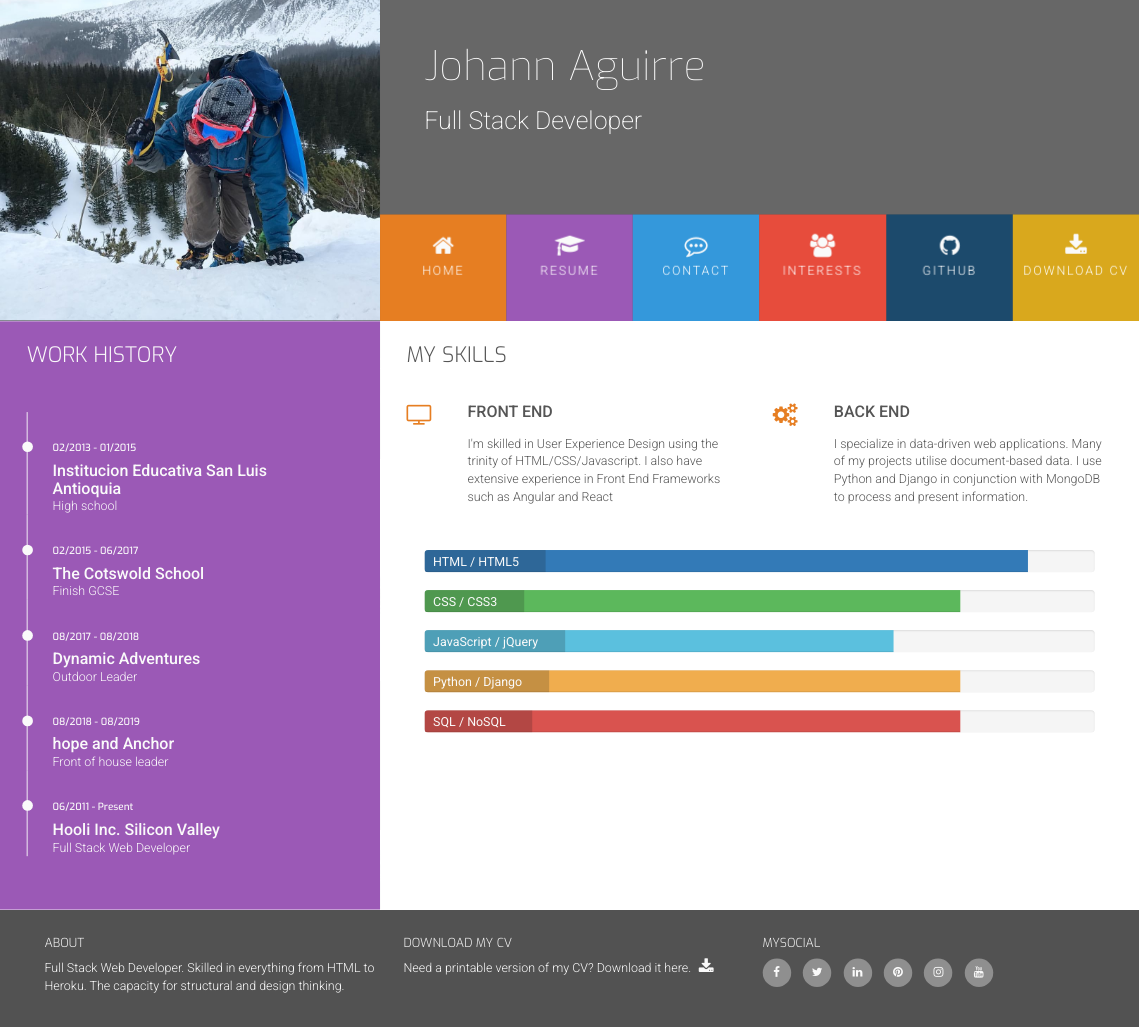
Repository: cachimiro/cv
Page: GoogleMaps-master/05-moving_the_code_into_its_own_script/resume.html
The author's editor kept a record of every edit. The page is drawn from the files as they stood at one moment, then again after the next edit.
The browser window is 1280 px wide. The pictures show the whole page, at 89% of full size.
Some web libraries are served in a nearby version.

Above is the page before.

After the next edit:
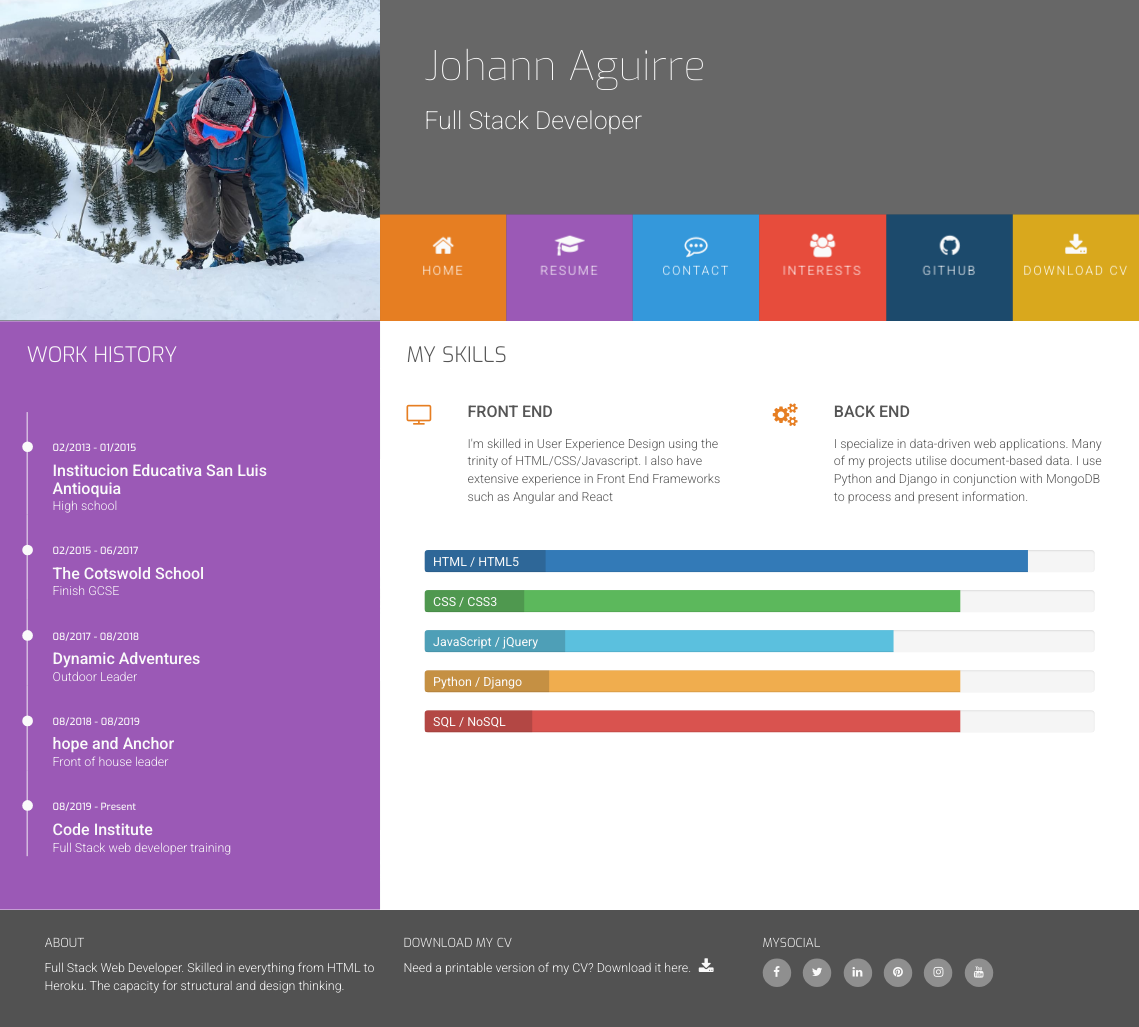
The edit:
--- a/GoogleMaps-master/05-moving_the_code_into_its_own_script/resume.html
+++ b/GoogleMaps-master/05-moving_the_code_into_its_own_script/resume.html
@@ -73,9 +73,9 @@
                         <h4>hope and Anchor </h4>
                         <p>Front of house leader</p>
                     </div>
-                     <div class="timeline-item" data-dates="06/2011 - Present">
-                        <h4>Hooli Inc. Silicon Valley</h4>
-                        <p>Full Stack Web Developer</p>
+                     <div class="timeline-item" data-dates="08/2019 - Present">
+                        <h4>Code Institute</h4>
+                        <p>Full Stack web developer training </p>
                     </div>
                 </div>
             </div>
